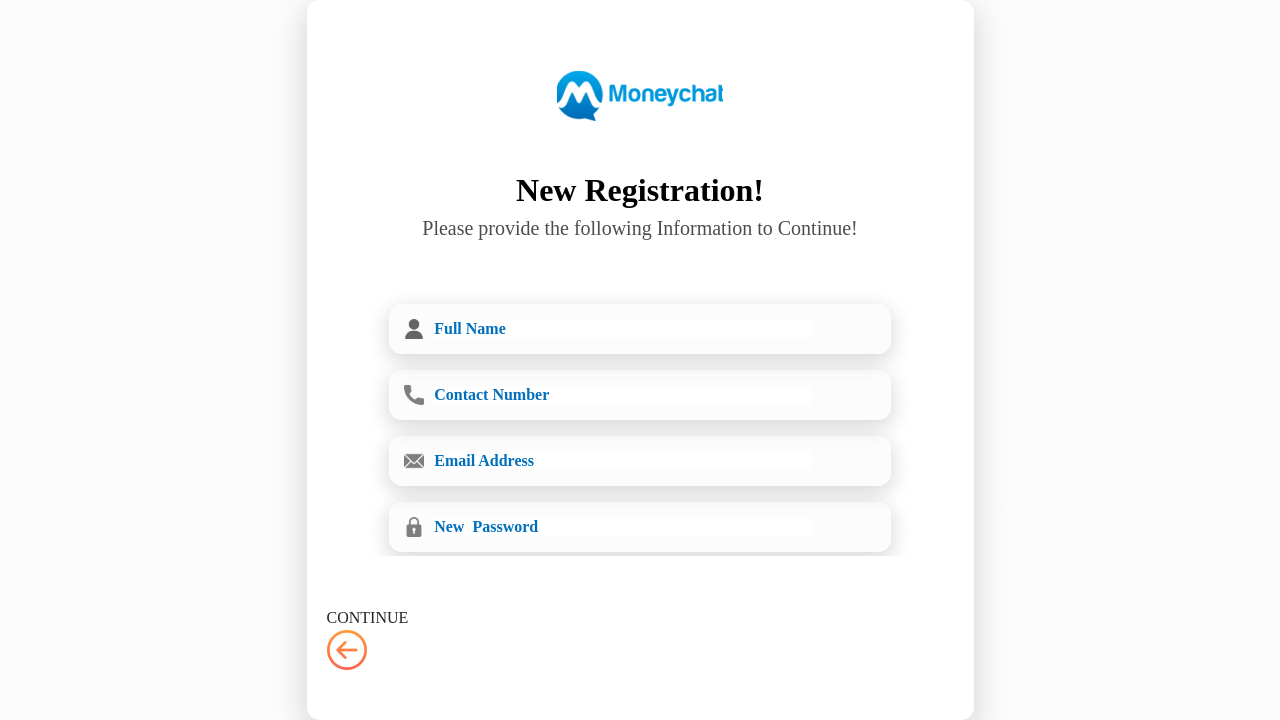
Repository: FlyweisReact/Money-Chat
Page: /register
These files come from the project's save history. The page is drawn as it stood at one moment and after a run of saves; the edit follows.
The browser window is 1280 px wide. The pictures show the whole page.
The project was rebuilt for these pictures with package versions that can differ from the ones it lists, and the page was loaded fresh each time. Also part of the build but not shown: src/forms/Login.jsx.

Above is the page before, as saved 2023-11-29 14:54:20.

### src/index.js
import React from "react";
import ReactDOM from "react-dom/client";
import "./index.css";
import App from "./App";
import { BrowserRouter } from "react-router-dom";
import 'bootstrap/dist/css/bootstrap.min.css'
// Commit Changes
const root = ReactDOM.createRoot(document.getElementById("root"));
root.render(
  <React.StrictMode>
    <BrowserRouter>
      <App />
    </BrowserRouter>
  </React.StrictMode>
);

### src/index.css
/** @format */

@tailwind base;
@tailwind components;
@tailwind utilities;

body {
  margin: 0;
  font-family: Quicksand !important;
  -webkit-font-smoothing: antialiased;
  -moz-osx-font-smoothing: grayscale;
}

code {
  font-family: Quicksand !important;
}

html {
  font-family: Quicksand !important;
}

::-webkit-scrollbar {
  width: 10px;
}
.fa-trash {
  color: red;
  cursor: pointer;
}

.iCOn {
  transition: 0.5s;
  box-shadow: none;
  transform: scale(1);
}
.cardDiv {
  cursor: pointer;
  width: 350px;
}
.CardDiv_Container {
  display: flex;
  flex-wrap: wrap;
  justify-content: center;
}

.cardDiv:hover .iCOn {
  box-shadow: rgba(0, 0, 0, 0.35) 0px 5px 15px;
  transform: scale(1.3);
}

/* Track */
::-webkit-scrollbar-track {
  background: #f1f1f1;
}

/* Handle */
::-webkit-scrollbar-thumb {
  background: #888;
}

/* Handle on hover */
::-webkit-scrollbar-thumb:hover {
  background: #555;
}
.profileImage {
  width: 100px;
}
.fa-eye {
  color: #029aff;
  cursor: pointer;
}
.fa-edit {
  cursor: pointer;
  color: blue;
}

.View {
  border: 1px solid black;
  width: 100%;
  padding: 10px;
}

.main-card--container {
  display: grid;
  grid-template-columns: repeat(3, minmax(300px, 500px));
  grid-gap: 50px;
  justify-content: space-around;
}
.card-container {
  margin: 25px 0 auto;
  box-shadow: rgba(0, 0, 0, 0.35) 0px 5px 15px;
  position: relative;
  display: grid;
  grid-template-columns: 1fr;
  justify-content: space-around;
  align-items: flex-start;
}

.myEdit:focus {
  box-shadow: rgba(0, 0, 0, 0.35) 0px 5px 15px;
}

.AstroLogin {
  color: #fff;
  background-color: #2b7a8e;
  padding: 10px;
  width: 380px;
  text-align: center;
  font-size: 20px;
  background: linear-gradient(to left, #2b7a8e 50%, #fff 50%) right;
  background-size: 200%;
  transition: 0.5s ease-out;
  border: 1px solid #2b7a8e;
  margin-top: 10px;
  text-transform: uppercase;
}
.AstroLogin:hover {
  background-position: left;
  color: #2b7a8e;
}

.EcommerceAdminLogin {
  color: #fff;
  background-color: #0c0c0c;
  padding: 10px;
  width: 380px;
  text-align: center;
  font-size: 20px;
  background: linear-gradient(to left, #0c0c0c 50%, #fff 50%) right;
  background-size: 200%;
  transition: 0.5s ease-out;
  border: 2px solid #0c0c0c;
  margin-top: 10px;
  text-transform: uppercase;
}

.EcommerceAdminLogin:hover {
  background-position: left;
  color: #0c0c0c;
  font-weight: bold;
}
.EcommerceVendorLogin {
  color: #fff;
  background-color: #576cbc;
  padding: 10px;
  width: 380px;
  text-align: center;
  font-size: 20px;
  background: linear-gradient(to left, #576cbc 50%, #fff 50%) right;
  background-size: 200%;
  transition: 0.5s ease-out;
  border: 1px solid #576cbc;
  margin-top: 10px;
  text-transform: uppercase;
}

.EcommerceVendorLogin:hover {
  background-position: left;
  color: #576cbc;
}

.view {
  background-color: #2196f3;
  color: #fff;
  width: 50%;
  padding: 5px;
}

.two-sec {
  display: flex;
  justify-content: space-evenly;
  justify-content: space-evenly;
}
.two-sec .left {
  width: 60%;
  background-color: #f6f1ef;
  padding: 20px;
}
.two-sec .left .head {
  font-size: 25px;
  font-weight: bold;
}

.two-sec .right {
  width: 30%;
  background-color: #f6f1ef;
}

.searchDiv {
  width: 100%;
  display: flex;
  gap: 10px;
  border: 1px solid rgb(179, 179, 179);
  padding: 10px;
  margin-bottom: 20px;
  align-items: center;
}
.searchDiv input {
  width: 94%;
  outline: none;
  border: none;
}

.flexCont {
  display: flex;
  align-items: center;
  gap: 10px;
}
.flexCont img {
  width: 60px;
  background-color: #e9ecef;
}

.blockContent {
  display: block;
}
.blockContent p {
  margin: 0;
}

.checkBox {
  width: 50px;
  height: 25px;
  background-color: #e9ecef;
  border-radius: 50px;
  position: relative;
  cursor: pointer;
}
.checkBox span {
  width: 20px;
  height: 20px;
  border-radius: 100%;
  background-color: #fff;
  position: absolute;
  left: 5px;
  top: 2px;
}
.ActivecheckBox {
  width: 50px;
  height: 25px;
  background-color: #0d6efd;
  border-radius: 50px;
  position: relative;
  cursor: pointer;
}
.ActivecheckBox span {
  width: 20px;
  height: 20px;
  border-radius: 100%;
  background-color: #fff;
  position: absolute;
  right: 5px;
  top: 2px;
}

.fa-eye {
  color: #0cba73;
  background-color: #d6f8e8;
  width: 35px;
  text-align: center;
  height: 35px;
  display: flex;
  border-radius: 100%;
  justify-content: center;
  padding-top: 10px;
  transition: 0.5s;
}

.fa-pen-to-square {
  color: #f4c39c;
  background-color: #ffebdb;
  width: 35px;
  text-align: center;
  height: 35px;
  display: flex;
  border-radius: 100%;
  justify-content: center;
  padding-top: 10px;
  cursor: pointer;
  transition: 0.5s;
}
.fa-trash {
  color: #df939f;
  background-color: #ffe1e8;
  width: 35px;
  text-align: center;
  height: 35px;
  display: flex;
  border-radius: 100%;
  justify-content: center;
  padding-top: 10px;
  cursor: pointer;
  transition: 0.5s;
}
.fa-trash:hover {
  transform: scale(1.2);
}
.fa-eye:hover {
  transform: scale(1.2);
}
.fa-pen-to-square:hover {
  transform: scale(1.2);
}
.required {
  color: #e74260;
}

.headP {
  /* font-weight: 600; */
  /* font-size: 25px; */
  color: #7b7c7d;
}
.filterBox {
  display: flex;
  align-items: center;
  gap: 10px;
  border-bottom: 1px solid #d4d7dc;
  padding-bottom: 20px;
  margin-bottom: 20px;
}
.filterBox img {
  width: 30px;
}
.filterBox input {
  width: 100%;
  border: 1px solid #d4d7dc;
  outline: none;
  padding: 5px;
  color: black;
  text-transform: capitalize;
}
.sectionCont {
  /* width: 98%; */
  background-color: #fff;
  /* margin-left: 2%; */
  padding: 20px;
}

.overFlowCont {
  width: 100%;
  overflow-x: auto;
}

.logo {
  width: 100px;
  margin-bottom: 20px;
}

.updateProfile {
  margin-left: 20px;
  border: 1px solid #fff;
  border-radius: 100%;
  font-size: 1.2rem;
  padding: 10px;
  transition: 0.5s;
  cursor: pointer;
}
.updateProfile:hover {
  border: 1px solid #19376d;
  color: #19376d;
  background-color: #fff;
}

.Normalbtn {
  background-color: #19376d !important;
  border: 1px solid #19376d !important;
  border-radius: 0px !important;
}

.ImageCarousel {
  width: 150px !important;
  margin: 0px !important;
  height: 150px !important;
}
.CarouselImages {
  width: 60px;
  height: auto;
}
.CarouselImages img {
  width: 100% !important;
  height: 100% !important;
}

.ModalCarousel {
  width: 100% !important;
  height: 500px !important;
}
.ModalCarousel {
  width: 100% !important;
  height: 500px !important;
}
.ModalCarousel img {
  width: 100% !important;
  height: 500px !important;
}

.gridCont {
  display: grid;
  grid-template-columns: auto auto auto;
  justify-content: space-evenly;
}
.gridCont div {
  width: 400px;
  height: 300px;
  box-shadow: rgba(0, 0, 0, 0.35) 0px 5px 15px;
  padding: 10px;
  position: relative;
  margin-top: 20px;
}
.gridCont div img {
  width: 100%;
}
.delete-Btn {
  width: 90%;
  margin-left: 2%;
  color: #c44b3f;
  border: 1px solid #c44b3f;
  position: absolute;
  bottom: 10px;
  transition: 0.5s;
  padding: 10px;
}

.delete-Btn:hover {
  background-color: #c44b3f;
  color: #fff;
}

.BannerCarousel {
  width: 300px;
  margin: 0px !important;
}
.BannerCarouselImage {
  width: 300px;
}
.BannerCarouselImage img {
  width: 100%;
}

.pagination {
  display: flex;
  justify-content: center;
  align-items: center;
  gap: 10px;
  margin-bottom: 20px;
}
.pagination button {
  border: 1px solid black;
  padding: 10px;
}

.activePage {
  background-color: #19376d;
  color: #fff;
  border: 1px solid #19376d !important;
}

.active {
  background-color: #fff;
  color: #19376d !important;
}
.prevBtn {
  background-color: #fff;
  color: #19376d;
  border: 1px solid #19376d !important;
  transition: 0.5s;
}

.prevBtn:hover,
.prevBtn:focus,
.prevBtn:active {
  background-color: #19376d;
  color: #fff;
  border: 1px solid #19376d !important;
}
.nextBtn {
  background-color: #fff;
  color: #19376d;
  border: 1px solid #19376d !important;
  transition: 0.5s;
}

.nextBtn:hover,
.nextBtn:focus,
.nextBtn:active {
  background-color: #19376d;
  color: #fff;
  border: 1px solid #19376d !important;
}

.dangerBox {
  position: relative;
}
.dangerBox i {
  position: absolute;
  top: 50%;
  left: 90%;
  transform: translate(-50%, -50%);
  cursor: pointer;
}

.centerImage {
  max-width: 300px;
}
.img-cont {
  display: flex;
  gap: 40px;
  /* justify-content: center; */
  align-items: center;
}

/* ============== user data styling =========*/

.ud2 {
  display: flex;
  justify-content: space-between;
  margin-top: 20px;
}
.ud3 {
  width: 49%;
}
.ud4 {
  width: 49%;
}

.ud4 button {
  background: #c44b3f;
  width: 50%;
  height: 40px;
  border-radius: 4px;
  border: none;
  color: #fff;
}

/* ============ single order styling ================*/

#pdfGen {
  margin: 20px;
}
#pdfGen .Heading-Container {
  display: flex;
  align-items: center;
}
#pdfGen .Heading-Container img {
  width: 100px;
}
#pdfGen .Heading-Container .content {
  width: 80%;
  text-align: center;
}
#pdfGen .Heading-Container .content h2 {
  margin: 0;
  font-weight: bold;
  font-size: 25px;
}
#pdfGen .Heading-Container .content p {
  margin: 0;
  font-size: 14px;
  font-weight: 600;
  color: #a8a1a1;
}

.two-cont {
  display: flex;
  justify-content: space-between;
  padding-top: 10px;
  gap: 20px;
}
.two-cont p {
  margin: 0;
}
.two-cont .left {
  width: 40%;
}
.two-cont .left h6 {
  font-size: 14px;
  font-weight: bold;
}
.two-cont .left .box {
  border: 2px solid black;
  width: 100%;
  padding: 8px;
}
.two-cont .left .box p {
  font-size: 15px;
}
.two-cont .left .box .strong {
  font-weight: bold;
}
.two-cont .left .box p {
  font-weight: 600;
}
.two-cont .right {
  width: 60%;
  border: 2px solid black;
  padding: 10px;
}
.two-cont .right table {
  width: 100%;
  table-layout: fixed;
}
.two-cont .right td {
  font-weight: 900 !important;
  padding: 5px;
}
.bordererd {
  border-right: 2px solid black;
}
#pdfGen .empty {
  background-color: #000;
  height: 2px;
  margin-top: 20px;
}

#pdfGen {
  min-height: 100vh;
  display: flex;
  justify-content: space-between;
  flex-direction: column;
}

#pdfGen .Table {
  width: 100%;
  margin-top: 20px;
}
#pdfGen .Table tbody tr {
  border: 1px solid black;
}
#pdfGen .Table tbody tr td {
  padding: 5px;
  padding-bottom: 10px;
}

#pdfGen .Main_Table {
  display: flex;
  justify-content: flex-end;
  align-items: center;
  padding-top: 10px;
  gap: 50px;
  align-items: center;
}
#pdfGen .Main_Table p {
  font-weight: 900;
}

#pdfGen .below_Div .four-sec {
  display: flex;
  justify-content: space-evenly;
  border-top: 2px solid black;
  border-bottom: 2px solid black;
  padding: 4px;
}
#pdfGen .below_Div .four-sec p {
  margin: 0;
  font-size: 13px;
  text-align: center;
}
#pdfGen .below_Div .four-sec .stronger {
  font-weight: bold;
}

#pdfGen .below_Div .big_Head {
  font-size: 25px;
  background-color: #85827b;
  text-align: center;
  font-weight: bold;
  color: #fff;
  padding: 0;
  margin: 0;
  padding-bottom: 10px;
}
#pdfGen .below_Div .text-cont p {
  margin: 0;
  font-weight: 700;
  font-size: 14px;
  color: #85827b;
}
#pdfGen .below_Div .text-cont {
  text-align: center;
}
#pdfGen .below_Div .text-cont h5 {
  margin: 0;
  font-weight: 900;
}

.so2 {
  width: 100%;
}

.so4 {
  display: flex;
  justify-content: space-between;
}
.so4 p {
  margin: 0;
}

.searchByDate {
  display: flex;
  align-items: center;
  gap: 10px;
  border-bottom: 1px solid #d4d7dc;
  padding-bottom: 20px;
  margin-bottom: 20px;
  flex-wrap: wrap;
  justify-content: space-between;
}
.searchByDate div {
  width: 45%;
  display: flex;
  gap: 20px;
  align-items: center;
}
.searchByDate input {
  border: 1px solid #d4d7dc;
  width: 80%;
  padding: 10px;
  outline: none;
}

.so5 {
  margin-top: 20px;
  width: 98;
  margin-left: 1%;
}

.so5 table {
  width: 100%;
}
.so5 table th,
td {
  font-size: 13px;
  font-weight: 600;
}
.so6 {
  margin-top: 40px;
  margin-left: 65%;
  width: 30%;
}

.so7 {
  display: flex;
  justify-content: space-between;
  width: 80%;
}
.so7 p {
  margin: 0;
}

.downloadBtn {
  background: #0cba73;
  height: 40px;
  color: #fff;
  border-radius: 4px;
  padding: 10px;
}

.Info_Box p {
  margin: 0;
}
.Info_Box .title {
  margin-bottom: 5px;
  font-size: 20px;
  font-weight: 700;
}
.Info_Box .desc {
  border: 1px solid #ced4da;
  padding: 10px;
  border-radius: 5px;
}

.Desc-Container p.title {
  margin-bottom: 0.5rem;
}
.Desc-Container p.desc {
  display: block;
  width: 100%;
  padding: 0.375rem 0.75rem;
  font-size: 1rem;
  font-weight: 400;
  line-height: 1.5;
  color: #212529;
  border: 1px solid #ced4da;
  border-radius: 0.375rem;
  background-color: #e9ecef;
  overflow-wrap: anywhere;
}

.Schedule_Enquiry_Modal {
  background-color: rgb(10, 72, 173);
  color: #fff;
}
.Schedule_Enquiry_Modal .close_btn {
  display: flex;
  justify-content: space-between;
  align-items: center;
}
.Schedule_Enquiry_Modal .close_btn h4 {
  margin: 0;
}
.Schedule_Enquiry_Modal .close_btn i {
  font-size: 20px;
  cursor: pointer;
}

.searchByDate select {
  border: 1px solid #d4d7dc;
  padding: 10px;
  outline: none;
}

/*Chat  */
.chat {
  display: flex;
  gap: 40px;
  align-items: flex-start;
}
.chat .sidebar {
  flex: 0 0 30%;
  max-width: 30%;
  border: 1px solid #ddd;
}
.chat .menu-list .container {
  display: flex;
  gap: 10px;
  align-items: center;
  cursor: pointer;
  border-top: 1px solid #ddd;
  height: 72px;
}
.chat .menu-list .container:hover {
  background-color: #f0f2f5;
}
.chat .menu-list .container.active {
  background-color: #f0f2f5;
}
.chat .menu-list .container:first-child {
  border: none;
}
.chat .menu-list .container img {
  width: 49px;
  height: 49px;
  border-radius: 100%;
  vertical-align: middle;
}
.chat .menu-list .container p {
  font-size: 20px;
  font-weight: 700;
  margin: 0;
  padding-right: 15px;
}

.chat .content {
  flex: 70%;
  max-width: 70%;
}
.chat .chat-box {
  border: 1px solid #ddd;
  padding: 20px;
}
.chat .chat-box .ttt {
  max-height: 500px;
  overflow-y: scroll;
  padding: 20px;
}
.chat .chat-box .img-container {
  display: flex;
  gap: 10px;
  align-items: center;
  cursor: pointer;
  margin-top: 10px;
}
.chat .chat-box .img-container img {
  width: 30px;
  height: 30px;
  border-radius: 100%;
  vertical-align: middle;
}
.chat .chat-box .img-container span {
  font-size: 12px;
  font-weight: 700;
  margin: 0;
}
.chat .chat-box .img-container span .date {
  margin-left: 10px;
}

.chat .chat-box .text {
  font-size: 16px;
  margin: 0;
  padding-top: 10px;
  width: 100%;
}

.chat .chat-box .right {
  display: flex;
  flex-direction: column;
  gap: 5px;
  text-align: right;
}
.chat .chat-box .right .img-container {
  flex-direction: row-reverse;
}

.chat .chat-box .send_button {
  display: flex;
  gap: 20px;
  align-items: center;
  margin-top: 20px;
}

.chat .chat-box .send_button button {
  width: 150px;
  background-color: #1a949f;
  padding: 10px;
  color: #fff;
}
.chat .chat-box .send_button input {
  width: 100%;
  outline: none;
  border: 1px solid #000;
  padding: 10px;
  border-radius: 5px;
}

/* New Code */
.Login_screen {
  background: linear-gradient(
      0deg,
      rgba(238, 238, 238, 0.2) 0%,
      rgba(238, 238, 238, 0.2) 100%
    ),
    #fff;
  display: flex;
  flex-direction: column;
  justify-content: center;
  align-items: center;
  width: 100%;
  height: 100vh;
}
.Login_screen .Login_Container {
  max-width: 667px;
  max-height: 785px;
  width: 100%;
  height: 100%;
  border-radius: 13px;
  background: #fff;
  box-shadow: 0px 10px 30px 3px rgba(0, 0, 0, 0.15);
  padding: 20px;
  padding-bottom: 50px;
  display: flex;
  flex-direction: column;
  justify-content: center;
}
.Login_screen .Login_Container .logo {
  display: block;
  margin: auto;
  width: 166px;
}
.Login_screen .Login_Container .description h6 {
  color: #000;
  text-align: center;
  font-size: 32px;
  font-style: normal;
  font-weight: 700;
  line-height: normal;
}

.Login_screen .Login_Container .description p {
  color: rgba(0, 0, 0, 0.7);
  text-align: center;
  font-size: 20px;
  font-style: normal;
  font-weight: 400;
  line-height: normal;
}

.Login_Container .input_container{
  margin-bottom: 50px;
  max-height: 300px;
  overflow-y: scroll;
}
.Login_Container .input_group {
  display: flex;
  gap: 10px;
  align-items: center;
  border-radius: 13px;
  background: rgba(238, 238, 238, 0.2);
  box-shadow: 0px 6px 20px 2px rgba(0, 0, 0, 0.15);
  padding: 15px;
  width: 80%;
  margin: auto;
}
.Login_Container .input_group img {
  width: 20px;
}
.Login_Container .input_group input {
  outline: none;
  border: none;
  color: #0070bc;
  font-size: 16px;
  font-style: normal;
  font-weight: 500;
  line-height: normal;
  font-weight: 600;
  width: 80%;
}
.Login_Container .input_group input::placeholder {
  color: #0070bc;
  font-weight: 600;
}

.Login_Container .login_btn {
  max-width: 250px;
  width: 100%;
  display: block;
  margin: auto;
  margin-top: 40px;
  color: #fff;
  text-align: center;
  font-size: 18px;
  font-style: normal;
  font-weight: 600;
  line-height: normal;
  border-radius: 10px;
  background: linear-gradient(180deg, #fea82f 0%, #fd575b 100%);
  padding: 15px;
}

.Login_Container .create_new {
  display: flex;
  justify-content: center;
  gap: 20px;
  align-items: center;
  margin-top: 50px;
}

.Login_Container .create_new .item {
  display: flex;
  gap: 10px;
  align-items: center;
  width: 300px;
  justify-content: center;
}
.Login_Container .create_new .item img {
  width: 20px;
}
.Login_Container .create_new .item span {
  color: rgba(0, 0, 0, 0.7);
  text-align: center;
  font-size: 16px;
  font-style: normal;
  font-weight: 600;
  line-height: normal;
}

.Login_Container .create_new .item:first-child {
  border-right: 2px solid #000;
  padding-right: 10px;
}

.Login_Container a{
  text-decoration: none;
}

### src/App.js
/** @format */

import { Routes, Route } from "react-router-dom";
import { ToastContainer } from "react-toastify";
import "react-toastify/dist/ReactToastify.css";
import Login from "./forms/Login";
import Regestration from "./forms/Regestration";

function App() {
  return (
    <>
      <ToastContainer
        autoClose={5000}
        hideProgressBar={false}
        newestOnTop={false}
        closeOnClick
        rtl={false}
        pauseOnFocusLoss
        draggable
        pauseOnHover
      />

      <Routes>
        <Route path="/" element={<Login />} />
        <Route path="/register" element={<Regestration />} />
      </Routes>
    </>
  );
}

export default App;

### src/forms/Regestration.js
/** @format */

import { Link } from "react-router-dom";
import logo from "../Images/logo.png";

const Regestration = () => {
  return (
    <div className="Login_screen">
      <form className="Login_Container ">
        <img src={logo} alt="" className="logo" />

        <div className="description">
          <h6>New Registration! </h6>
          <p>Please provide the following Information to Continue!</p>
        </div>

        <div className="input_container">
          <div className="input_group mt-5">
            <img src="./Image/1.png" alt="" />
            <input type="text" placeholder="Full Name" />
          </div>
          <div className="input_group mt-3">
            <img src="./Image/5.png" alt="" />
            <input type="text" placeholder="Contact Number" />
          </div>
          <div className="input_group mt-3">
            <img src="./Image/6.png" alt="" />
            <input type="text" placeholder="Email Address" />
          </div>
          <div className="input_group mt-3">
            <img src="./Image/7.png" alt="" />
            <input type="text" placeholder="New  Password" />
          </div>
          <div className="input_group mt-3">
            <img src="./Image/8.png" alt="" />
            <input type="text" placeholder="Re - Enter Password" />
          </div>
        </div>

        <div className="button_container">
          <button>CONTINUE</button>
          <img src="./Image/9.png" alt="" />
        </div>
      </form>
    </div>
  );
};

export default Regestration;

Loaded but not shown: tailwind.config.js (common file)

After the next 5 saves:
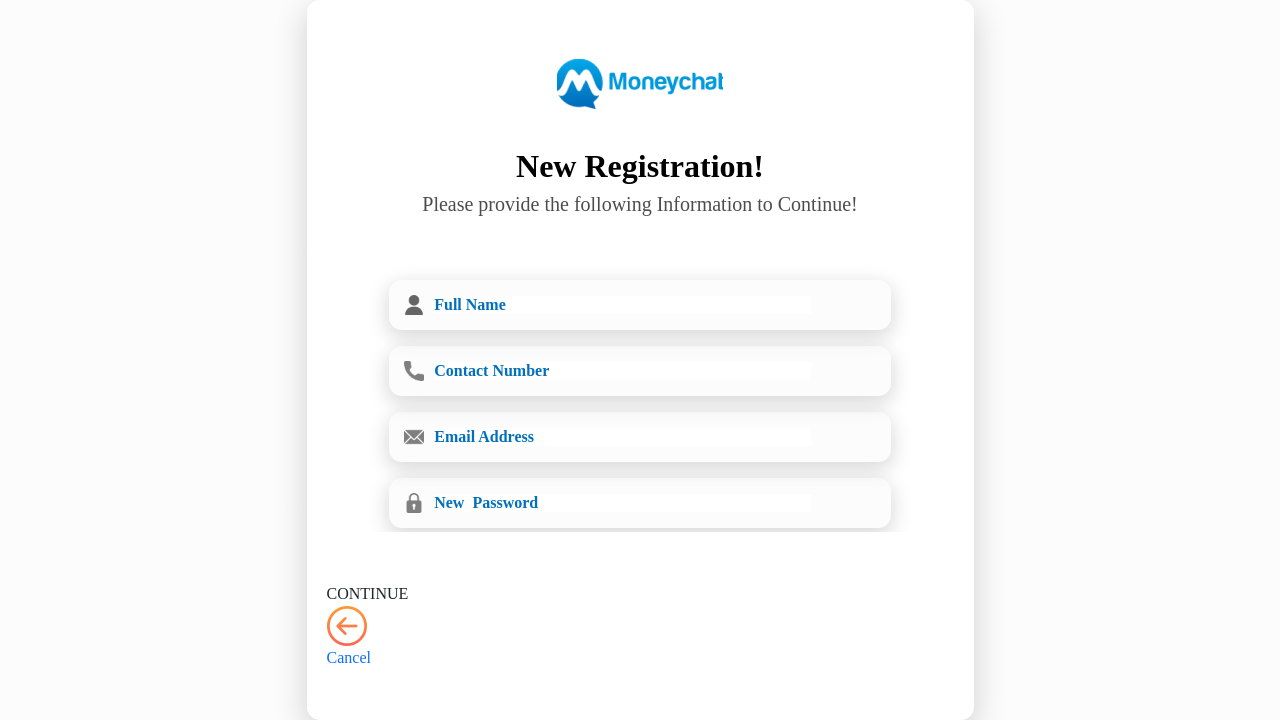
The 5 saves are shown as one change because they came seconds apart.
The last was saved 22 s later.
--- a/src/forms/Regestration.js
+++ b/src/forms/Regestration.js
@@ -39,7 +39,10 @@
 
         <div className="button_container">
           <button>CONTINUE</button>
-          <img src="./Image/9.png" alt="" />
+          <div className="cancel">
+            <img src="./Image/9.png" alt="" />
+            <Link to="/">Cancel</Link>
+          </div>
         </div>
       </form>
     </div>

After the 4 saves that followed:
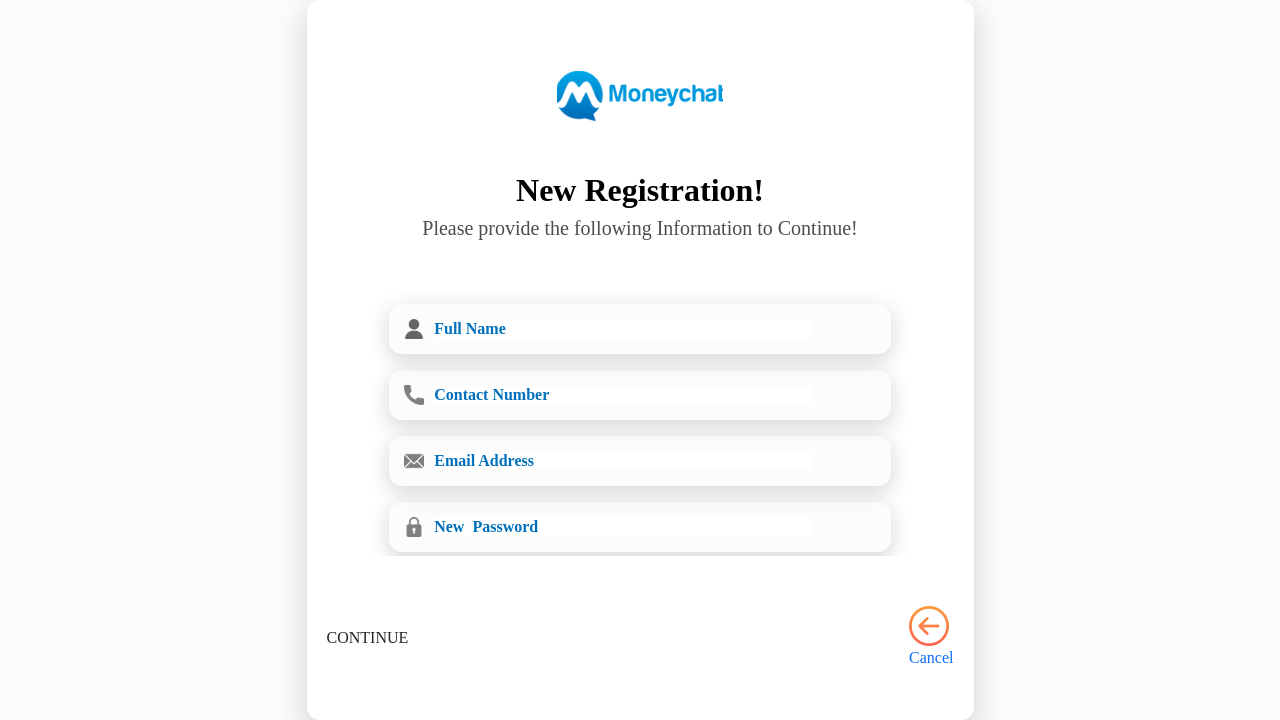
The 4 saves are shown as one change because 2 left the picture as it was and some came seconds apart.
The last was saved 20 s later.
--- a/src/index.css
+++ b/src/index.css
@@ -1061,3 +1061,9 @@
 .Login_Container a{
   text-decoration: none;
 }
+
+
+.Login_Container .button_container {
+  display: flex;
+  justify-content: space-between;
+}
